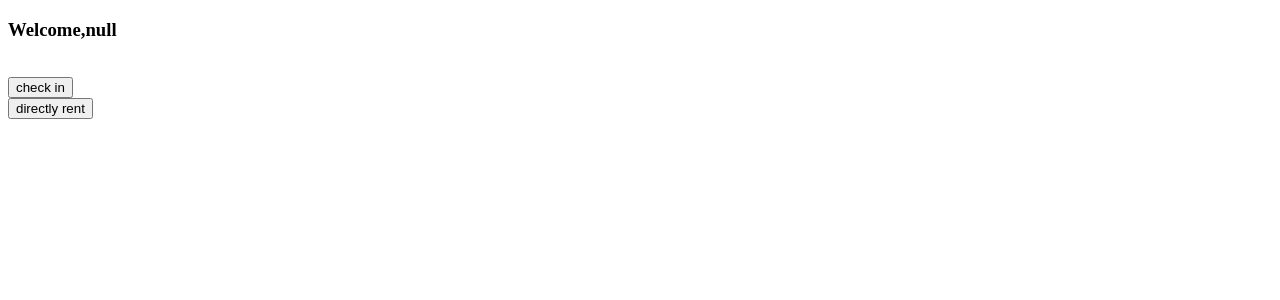
Repository: YiwenGrace/EHotel-CSI2132-project
Page: http://localhost/eHotel/emp_login_success.jsp
The author's editor kept a copy of each file at every save. The page is drawn from the files as they stood at one save, then again after the next save.
The browser window is 1280 px wide. The pictures show the whole page.
The page is served by Tomcat 9. Other server files are loaded and not shown.

Above is the page before, as saved 2019-04-04 02:34:19.

### eHotel/WebContent/emp_login_success.jsp
<%@ page language="java" contentType="text/html; charset=ISO-8859-1"
    pageEncoding="ISO-8859-1"%>
<!DOCTYPE html>
<html>
<head>
<meta charset="ISO-8859-1">
<title>Employee Work Page</title>
</head>
<body>
<%
String employee_id = (String)request.getParameter("employee_id");
%>
	<h3>Welcome,<%=employee_id%></h3>
	<br>
	<button onclick="location.href='check_in.jsp'">check in</button>
	<br>
	<button onclick="location.href='renting.jsp'">directly rent</button>
	<br>

</body>
</html>

After the next save:
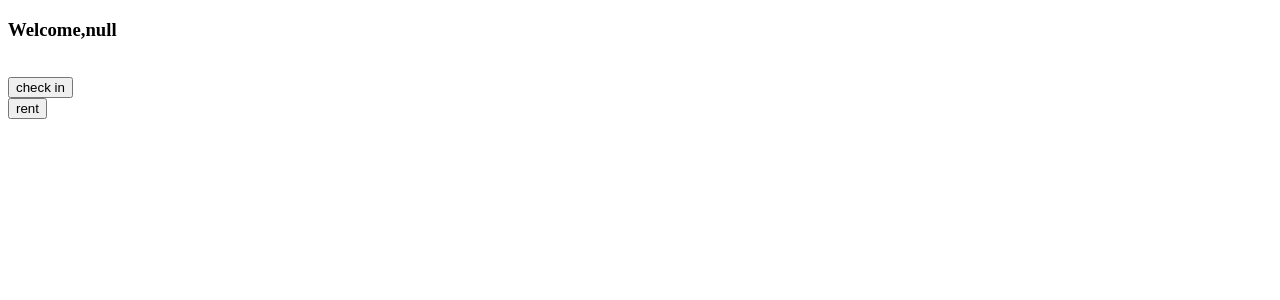
Saved 15 min 56 s later.
--- a/eHotel/WebContent/emp_login_success.jsp
+++ b/eHotel/WebContent/emp_login_success.jsp
@@ -14,7 +14,7 @@ String employee_id = (String)request.getParameter("employee_id");
 	<br>
 	<button onclick="location.href='check_in.jsp'">check in</button>
 	<br>
-	<button onclick="location.href='renting.jsp'">directly rent</button>
+	<button onclick="location.href='renting.jsp'">rent</button>
 	<br>
 
 </body>
